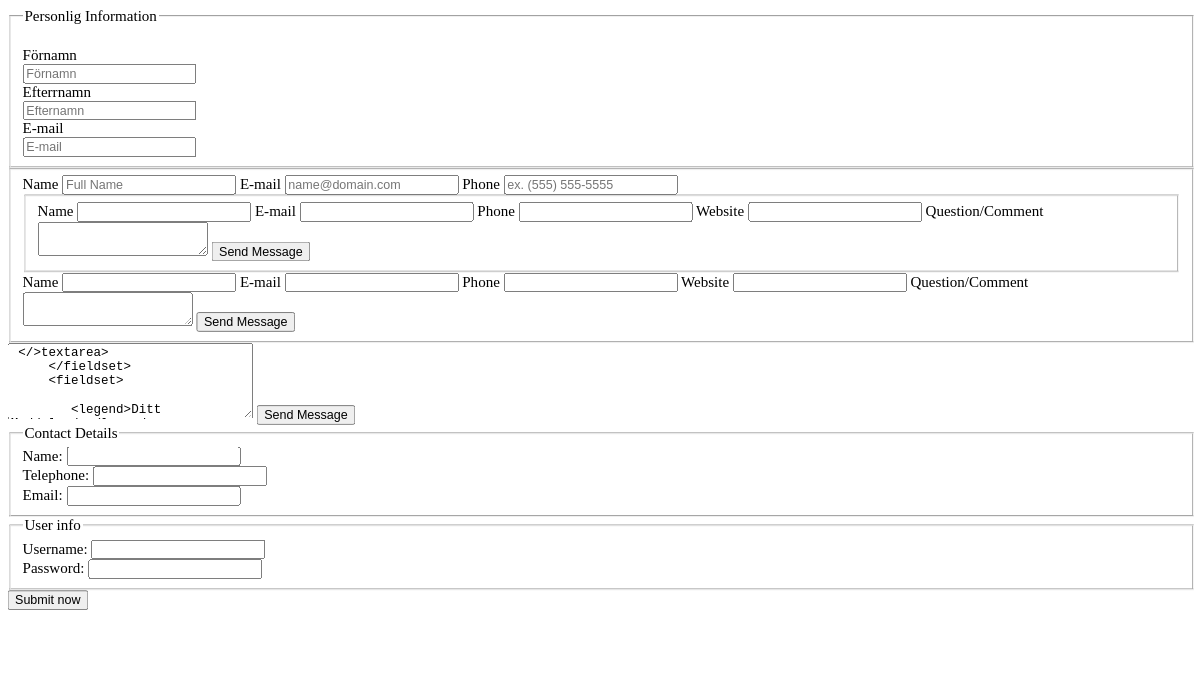
Repository: dn222em/1ik415-laborationer
Page: pages/Kontakt.html
The author's editor kept a record of every edit. The page is drawn from the files as they stood at one moment, then again after the next edit.
The browser window is 1280 px wide. The pictures show the whole page, at 94% of full size.

Above is the page before.

After the next edit:
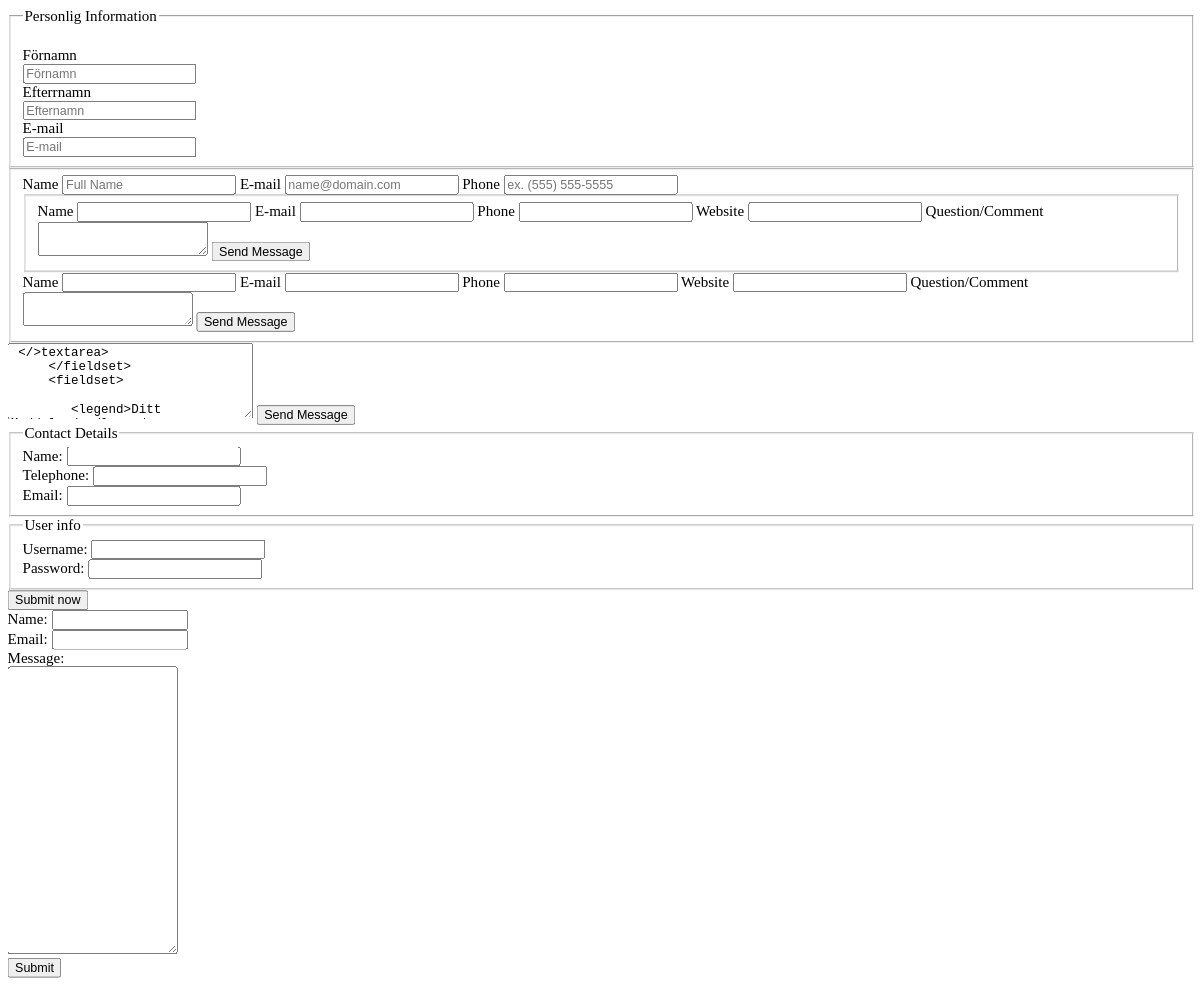
The edit:
--- a/pages/Kontakt.html
+++ b/pages/Kontakt.html
@@ -125,6 +125,8 @@
 
         </form>
 
+        <form> Name: <input type="text" name="Name" size="15" /> <br /> Email: <input type="email" name="Email" size="15" /> <br /> Message: <br /> <textarea cols="20" rows="20"></textarea> <br /> <input type="submit" value="Submit" /> </form>
+
 
     </body>
     </html>
